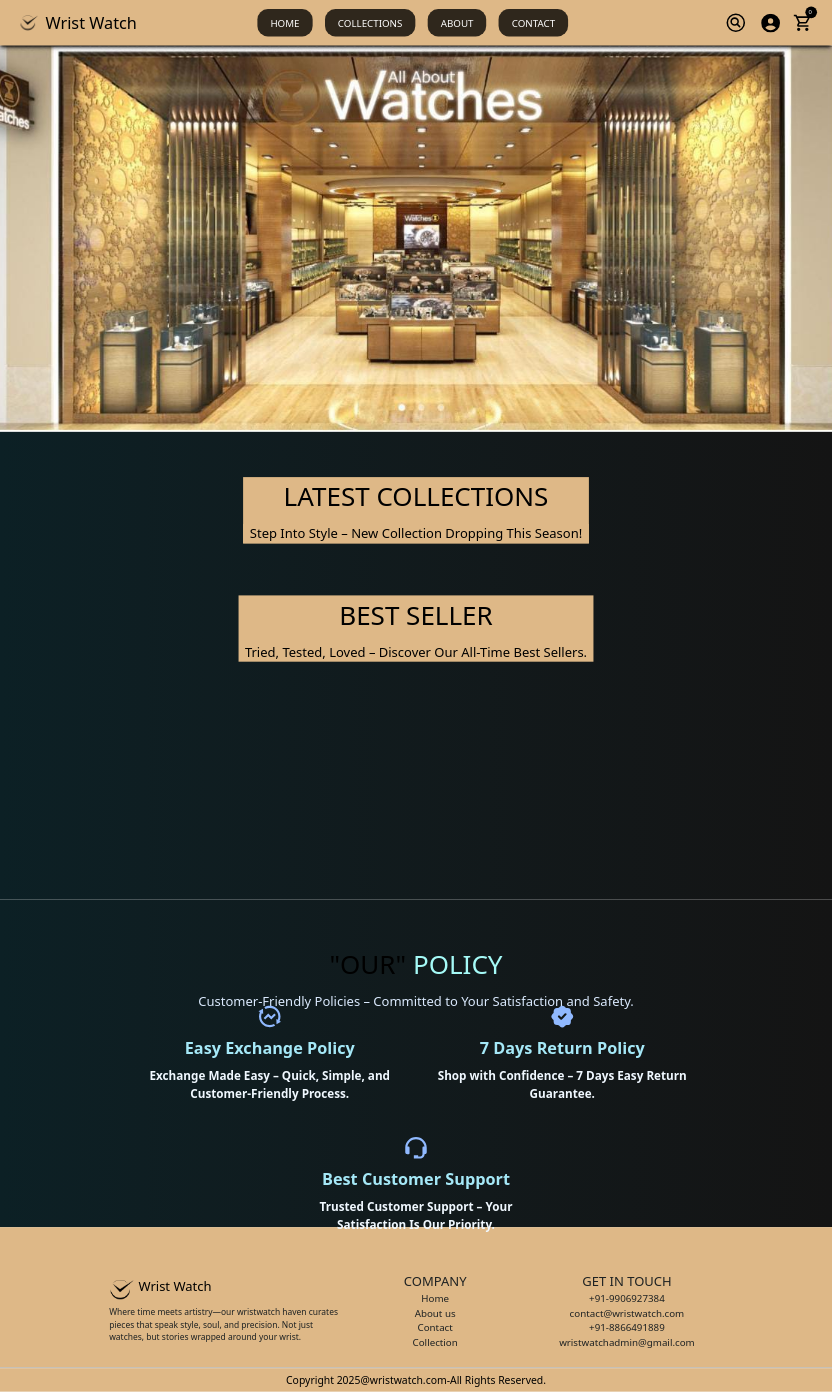
Repository: mansibhanushali/online_watch_ecommerce_mernstack_webapplication
Page: / (app in frontend/)
An editor plug-in stored every save of this project. The page is shown before and after the next save, followed by the edit.
The browser window is 1280 px wide. The pictures show the whole page, at 65% of full size.
The page's requests for data from a server got no answer. The project was rebuilt for these pictures with package versions that can differ from the ones it lists, and the page was loaded fresh each time. No one was signed in, and anything a server would have sent is missing. Also part of the build but not shown: frontend/vite.config.js, frontend/src/component/Loading.jsx, frontend/src/pages/Registration.jsx, frontend/src/component/Card.jsx, frontend/src/pages/Login.jsx, frontend/src/pages/About.jsx, frontend/src/pages/Collections.jsx, frontend/src/pages/Contact.jsx and 6 more.

Above is the page before, as saved 2025-08-16 16:54:12.

### frontend/index.html
<!doctype html>
<html lang="en">
  <head>
    <meta charset="UTF-8" />
    <link rel="icon" type="image/svg+xml" href="\logo1.png" />
    <meta name="viewport" content="width=device-width, initial-scale=1.0" />
    <title>Wristwatch</title>
  </head>
  <body>
    <div id="root"></div>
    <script type="module" src="/src/main.jsx"></script>
  </body>
</html>

### frontend/src/main.jsx
// src/main.jsx
import React from 'react';
import { createRoot } from 'react-dom/client';
import { BrowserRouter } from 'react-router-dom';
import './index.css';

import App from './App.jsx';
import AuthContext from './context/authContext.jsx';
import UserContextProvider from './context/UserContext.jsx';
import ShopContext from './context/ShopContext.jsx';

createRoot(document.getElementById('root')).render(
  <React.StrictMode>
    <BrowserRouter>
      <AuthContext>
        <UserContextProvider>
          <ShopContext>
            <App />
          </ShopContext>
        </UserContextProvider>
      </AuthContext>
    </BrowserRouter>
  </React.StrictMode>
);

### frontend/src/index.css
@import "tailwindcss";

body {
  @apply bg-white min-h-screen;
}

### frontend/src/App.jsx
import React, { useContext } from 'react';
import { Navigate, Route, Routes, useLocation } from 'react-router-dom';
import Registration from './pages/Registration';
import Home from './pages/Home';
import Login from './pages/Login';
import Nav from './component/Nav';
import { userDataContext } from './context/UserContext';
import About from './pages/About';
import Collections from './pages/Collections';
import Product from './pages/Product';
import Contact from './pages/Contact';
import ProductDetail from './pages/ProductDetail';
import Cart from './pages/Cart';
import PlaceOrder from './pages/PlaceOrder';
import Order from './pages/Order';
import { ToastContainer } from 'react-toastify';
import NotFound from './pages/NotFound';

function App() {
  const { userData } = useContext(userDataContext);
  const location = useLocation();

  // Protected route wrapper
  const ProtectedRoute = (Component) => {
    return userData ? (
      Component
    ) : (
      <Navigate to="/login" state={{ from: location.pathname }} />
    );
  };

  return (
    <>
      <ToastContainer />
      <Nav />
      <Routes>
        {/* Public Routes */}
        <Route path="/" element={<Home />} />
        <Route path="/about" element={<About />} />
        <Route path="/collection" element={<Collections />} />
        <Route path="/collection/:category" element={<Collections />} />
        <Route path="/product" element={<Product />} />
        <Route path="/contact" element={<Contact />} />

        {/* Auth Routes */}
        <Route
          path="/login"
          element={
            userData ? (
              <Navigate to={location.state?.from || '/'} />
            ) : (
              <Login />
            )
          }
        />
        <Route
          path="/signup"
          element={
            userData ? (
              <Navigate to={location.state?.from || '/'} />
            ) : (
              <Registration />
            )
          }
        />

        {/* Protected Routes */}
        <Route
          path="/productdetail/:productId"
          element={ProtectedRoute(<ProductDetail />)}
        />
        <Route path="/cart" element={ProtectedRoute(<Cart />)} />
        <Route path="/placeorder" element={ProtectedRoute(<PlaceOrder />)} />
        <Route path="/order" element={ProtectedRoute(<Order />)} />

        {/* 404 Fallback */}
        <Route path="*" element={<NotFound />} />
      </Routes>
    </>
  );
}

export default App;

### frontend/src/context/AuthContext.jsx
// src/context/AuthContext.jsx
import React, { createContext, useReducer, useEffect } from "react";
import axios from "axios";

const initialState = {
  user: null,
  token: null,
  isAuthenticated: false,
};

function reducer(state, action) {
  switch (action.type) {
    case "LOGIN":
      return {
        ...state,
        user: action.payload.user,
        token: action.payload.token,
        isAuthenticated: true,
      };
    case "LOGOUT":
      return initialState;
    default:
      return state;
  }
}

export const authDataContext = createContext();

function AuthContext({ children }) {
  const serverUrl = "http://localhost:8000";

  const [state, dispatch] = useReducer(reducer, initialState, () => {
    const token = localStorage.getItem("token");
    const user = localStorage.getItem("user");
    return token && user
      ? { token, user: JSON.parse(user), isAuthenticated: true }
      : initialState;
  });

  // axios defaults setup (runs whenever token changes)
  useEffect(() => {
    axios.defaults.baseURL = serverUrl;
    axios.defaults.withCredentials = true;

    if (state.token) {
      axios.defaults.headers.common["Authorization"] = `Bearer ${state.token}`;
      localStorage.setItem("token", state.token);
      localStorage.setItem("user", JSON.stringify(state.user));
    } else {
      delete axios.defaults.headers.common["Authorization"];
      localStorage.removeItem("token");
      localStorage.removeItem("user");
    }
  }, [state.token, state.user]);

  // Fetch current user from backend
  const fetchCurrentUser = async (token) => {
    try {
      const res = await axios.get("/api/user/getcurrentuser", {
        headers: { Authorization: `Bearer ${token}` }
      });
      return res.data;
    } catch (err) {
      console.error("Fetch current user error:", err.response?.data || err.message);
      return null;
    }
  };

  // Login and fetch user
  const login = async ({ token }) => {
    const user = await fetchCurrentUser(token);
    if (user) {
      dispatch({ type: "LOGIN", payload: { token, user } });
    }
  };

  const logout = () => dispatch({ type: "LOGOUT" });

  // Auto login when page refreshes
  useEffect(() => {
    const autoLogin = async () => {
      if (state.token && !state.user) {
        const user = await fetchCurrentUser(state.token);
        if (user) {
          dispatch({ type: "LOGIN", payload: { token: state.token, user } });
        }
      }
    };
    autoLogin();
  }, []);

  return (
    <authDataContext.Provider value={{ serverUrl, ...state, login, logout }}>
      {children}
    </authDataContext.Provider>
  );
}

export default AuthContext;

### frontend/src/context/UserContext.jsx
// src/context/UserContext.jsx
import React, { createContext, useContext, useEffect, useState } from 'react';
import { authDataContext } from './AuthContext';
import axios from 'axios';

export const userDataContext = createContext();

function UserContextProvider({ children }) {
  const [userData, setUserData] = useState(null);
  const { serverUrl } = useContext(authDataContext);

  const getCurrentUser = async () => {
    try {
      // ✅ Cookie-based request
      const result = await axios.get(`${serverUrl}/api/user/getcurrentuser`, {
        withCredentials: true, // Cookie automatically send होगी
      });

      if (result.data?.success) {
        setUserData(result.data.user);
      } else {
        setUserData(null);
      }
    } catch (error) {
      setUserData(null);
      console.error("getCurrentUser error:", error);
    }
  };

  // 🔹 Page load pe call
  useEffect(() => {
    getCurrentUser();
  }, []);

  return (
    <userDataContext.Provider value={{ userData, setUserData, getCurrentUser }}>
      {children}
    </userDataContext.Provider>
  );
}

export default UserContextProvider;

### frontend/src/context/ShopContext.jsx
import React, { createContext, useContext, useEffect, useState, useCallback } from 'react';
import { authDataContext } from './authContext';
import { userDataContext } from './UserContext';
import axios from 'axios';
import { toast } from 'react-toastify';

export const shopDataContext = createContext();

function ShopContextProvider({ children }) {
  const [products, setProducts] = useState([]);
  const [search, setSearch] = useState('');
  const { userData } = useContext(userDataContext);
  const [showSearch, setShowSearch] = useState(false);
  const { serverUrl } = useContext(authDataContext);
  const [cartItem, setCartItem] = useState({});
  const [loading, setLoading] = useState(false);
  const [token, setToken] = useState(localStorage.getItem("token") || "");

  const currency = '₹';
  const delivery_fee = 40;

  // token sync
  useEffect(() => {
    const savedToken = localStorage.getItem("token");
    if (savedToken) {
      setToken(savedToken);
    }
  }, []);

  // ✅ Get products
  const getProducts = useCallback(async () => {
    if (!serverUrl) return;
    try {
      const result = await axios.get(`${serverUrl}/api/product/list`);
      setProducts(result.data);
    } catch (error) {
      console.error("Get Products Error:", error);
    }
  }, [serverUrl]);

  // ✅ Add to cart
  const addtoCart = async (itemId) => {
    let cartData = structuredClone(cartItem);
    cartData[itemId] = (cartData[itemId] || 0) + 1;
    setCartItem(cartData);

    if (userData && token) {
      setLoading(true);
      try {
        await axios.post(
          `${serverUrl}/api/cart/add`,
          { itemId },
          {
            headers: { Authorization: `Bearer ${token}` },
            withCredentials: true
          }
        );
      } catch (error) {
        console.error(error);
        toast.error("Add Cart Error");
      } finally {
        setLoading(false);
      }
    }
  };

  // ✅ Get user cart
  const getUserCart = useCallback(async () => {
    if (!token || !serverUrl) return;
    try {
      const result = await axios.post(
        `${serverUrl}/api/cart/get`,
        {},
        {
          headers: { Authorization: `Bearer ${token}` },
          withCredentials: true
        }
      );
      setCartItem(result.data || {});
    } catch (error) {
      console.error("Get User Cart Error:", error);
    }
  }, [serverUrl, token]);

  // ✅ Update cart item quantity
  const updateQuantity = async (itemId, quantity) => {
    let cartData = structuredClone(cartItem);
    cartData[itemId] = quantity;
    setCartItem(cartData);

    if (userData && token) {
      try {
        await axios.post(
          `${serverUrl}/api/cart/update`,
          { itemId, quantity },
          {
            headers: { Authorization: `Bearer ${token}` },
            withCredentials: true
          }
        );
      } catch (error) {
        console.error(error);
      }
    }
  };

  // ✅ Total cart items count
  const getCartCount = () => {
    return Object.values(cartItem).reduce((acc, qty) => acc + qty, 0);
  };

  // ✅ Total cart amount
  const getCartAmount = () => {
    let totalAmount = 0;
    for (const itemId in cartItem) {
      let itemInfo = products.find((product) => product._id === itemId);
      if (itemInfo && cartItem[itemId] > 0) {
        totalAmount += itemInfo.price * cartItem[itemId];
      }
    }
    return totalAmount;
  };

  // Fetch products and cart
  useEffect(() => {
    getProducts();
  }, [getProducts]);

  useEffect(() => {
    getUserCart();
  }, [getUserCart]);

  let value = {
    products,
    currency,
    delivery_fee,
    getProducts,
    search,
    setSearch,
    showSearch,
    setShowSearch,
    cartItem,
    addtoCart,
    getCartCount,
    setCartItem,
    updateQuantity,
    getCartAmount,
    loading,
    serverUrl,
    setToken,
    token
  };

  return (
    <shopDataContext.Provider value={value}>
      {children}
    </shopDataContext.Provider>
  );
}

export default ShopContextProvider;

### frontend/src/pages/Home.jsx
import React, { useState, useEffect } from 'react'
import Backgound from '../component/Backgound'
import Product from './Product'
import OurPolicy from '../component/OurPolicy'
import Footer from '../component/Footer'

function Home() {
  let [heroCount, setHeroCount] = useState(0)

  useEffect(() => {
    let interval = setInterval(() => {
      setHeroCount(prevCount => (prevCount === 3 ? 0 : prevCount + 1))
    }, 3000)
    return () => clearInterval(interval)
  }, [])

  return (
    <div className="overflow-x-hidden relative top-[70px]">
      <div className="w-[100vw] lg:h-[55vh] md:h-[50vh] sm:h-[30vh] bg-gradient-to-l from-[burlwood] to-[burlywood]">
        <Backgound heroCount={heroCount} />
      </div>
      <Product />
      <OurPolicy />
      <Footer />
    </div>
  )
}

export default Home

### frontend/src/pages/Product.jsx
import React from 'react'
import LatestCollection from '../component/LatestCollection'
import BestSeller from '../component/BestSeller'

function Product() {
  return (
    <div className='w-[100vw] min-h-[100vh] bg-gradient-to-l from-[#141414] to-[#0c2025] flex items-center justify-start flex-col py-[20px]'>

        <div className='w-[100%] min-h-[70px] flex items-center justify-center gap-[10px]  flex-col '>
            <LatestCollection/>
        </div>
        <div className='w-[100%] min-h-[70px] flex items-center justify-center gap-[10px]  flex-col '>
            <BestSeller/>
        </div>

    </div>
  )
}

export default Product

### frontend/src/component/Backgound.jsx
import React from 'react'
import back1 from "../assets/back1.jpg"

function Background() {
  return (
    <img
      src={back1}
      alt="background"
      className="w-[100%] h-[150%] float-left overflow-auto object-cover"
    />
  )
}

export default Background

### frontend/src/component/OurPolicy.jsx
import React from 'react'
import Title from './Title'
import { RiExchangeFundsLine } from "react-icons/ri";
import { TbRosetteDiscountCheckFilled } from "react-icons/tb";
import { BiSupport } from "react-icons/bi";

function OurPolicy() {
  return (
    <div className='w-[100vw] h-[100vh] md:h-[70vh] flex items-center justify-start flex-col  bg-gradient-to-l from-[#141414] to-[#0c2025] gap-[50px] '>
        <div className='h-[8%] w-[100%] text-center mt-[70px] '>
            <Title text1={<span className='text-[black]'>"OUR"</span>} text2={"POLICY"}/>
            <p className='w-[100%] m-auto text-[13px] md:text-[20px] px-[10px] text-blue-100 '>Customer-Friendly Policies – Committed to Your Satisfaction and Safety.</p>
        </div>
      <div className='w-[100%] md:min-h-[50%] h-[20%] flex items-center justify-center flex-wrap lg:gap-[50px] gap-[80px]'>
        <div className='w-[400px] max-w-[90%] h-[60%] flex items-center justify-center flex-col gap-[10px] '>
        <RiExchangeFundsLine  className='md:w-[60px] w-[30px] h-[30px] md:h-[60px] text-[#90b9ff]'/>
        <p className='font-semibold md:text-[25px] text-[19px] text-[#a5e8f7]'>Easy Exchange Policy</p>
        <p className='font-semibold md:text-[18px] text-[12px] text-[aliceblue] text-center'>Exchange Made Easy – Quick, Simple, and Customer-Friendly Process.</p>

        </div>
        <div className='w-[400px] max-w-[90%] h-[60%] flex items-center justify-center flex-col gap-[10px] '>
        <TbRosetteDiscountCheckFilled  className='md:w-[60px] w-[30px] h-[30px] md:h-[60px] text-[#90b9ff]'/>
        <p className='font-semibold md:text-[25px] text-[19px] text-[#a5e8f7]'>7 Days Return Policy</p>
        <p className='font-semibold md:text-[18px] text-[12px] text-[aliceblue] text-center'>Shop with Confidence – 7 Days Easy Return Guarantee.</p>

        </div>
        <div className='w-[400px] max-w-[90%] h-[60%] flex items-center justify-center flex-col gap-[10px] '>
        <BiSupport  className='md:w-[60px] w-[30px] h-[30px] md:h-[60px] text-[#90b9ff]'/>
        <p className='font-semibold md:text-[25px] text-[19px] text-[#a5e8f7]'>Best Customer Support</p>
        <p className='font-semibold md:text-[18px] text-[12px] text-[aliceblue] text-center'>Trusted Customer Support – Your Satisfaction Is Our Priority.</p>

        </div>
      </div>
    </div>
  )
}

export default OurPolicy

### frontend/src/component/Footer.jsx
import React from 'react'
import logo from "../assets/logo.png"
function Footer() {
  return (
    <div className='w-[100%] md:h-[36vh] h-[21vh] mb-[77px] md:mb-[0px]'>
        <div className='w-[100%] md:h-[30vh] h-[15vh]  md:mb-[0px] bg-[burlywood] flex items-center justify-center md:px-[50px] px-[5px]'>
            <div className='md:w-[30%] w-[35%] h-[100%] flex items-start justify-center flex-col gap-[5px]  '>
                <div className='flex items-start justify-start gap-[5px] mt-[10px] md:mt-[40px]'>
                    <img src={logo} alt=""  className='md:w-[40px] md:h-[40px] w-[30px] h-[30px]'/>
                    <p className='text-[19px] md:text-[20px] text-[black] '>Wrist Watch</p>

                </div>
                <p className='text-[13px] text-[#1e2223] hidden md:block'>Where time meets artistry—our wristwatch haven curates pieces that speak style, soul, and precision. Not just watches, but stories wrapped around your wrist.</p>
                    <p className='text-[15px] text-[#1e2223] flex md:hidden'>Fast Easy Reliable</p>


            </div>
            <div className='md:w-[25%] w-[30%] h-[100%] flex items-center justify-center flex-col text-center'>
                    <div className='flex items-center justify-center gap-[5px] mt-[10px] md:mt-[40px]'>
                        <p className='text-[19px] md:text-[20px] text-[#1e2223] font-sans '>COMPANY</p>

                    </div>
                    <ul>
                         <li className='text-[15px] text-[#1e2223] hidden md:block cursor-pointer'>Home</li>
                        <li className='text-[15px] text-[#1e2223] cursor-pointer '>About us</li>
                        <li className='text-[15px] text-[#1e2223] cursor-pointer '>Contact</li>
                        <li className='text-[15px] text-[#1e2223] cursor-pointer '>Collection</li>
                    </ul>
                </div>

                <div className='md:w-[25%] w-[40%]  h-[100%] flex items-center justify-center flex-col text-center '>
                     <div className='flex items-center justify-center gap-[5px] mt-[10px] md:mt-[40px]'>
                        <p className='text-[19px] md:text-[20px] text-[#1e2223] font-sans '>GET IN TOUCH</p>

                    </div>
                     <ul>
                         <li className='text-[15px] text-[#1e2223] '>+91-9906927384</li>
                        <li className='text-[15px] text-[#1e2223] '>contact@wristwatch.com</li>
                        <li className='text-[15px] text-[#1e2223] hidden md:block'>+91-8866491889</li>
                        <li className='text-[15px] text-[#1e2223] hidden md:block'>wristwatchadmin@gmail.com</li>
                    </ul>
                </div>

        </div>
        <div className='w-[100%] h-[1px] bg-slate-400'></div>
        <div className='w-[100%] h-[5vh] bg-[burlywood] flex items-center justify-center'>Copyright 2025@wristwatch.com-All Rights Reserved.</div>

    </div>
  )
}

export default Footer

### frontend/src/component/LatestCollection.jsx
import React, { useContext, useEffect, useState } from 'react'
import Title from './Title'
import { shopDataContext } from '../context/ShopContext'
import Card from './Card'

function LatestCollection() {
    let {products} = useContext(shopDataContext)
    let [latestProducts,setLatestProducts] = useState([])

    useEffect(()=>{
    setLatestProducts(products.slice(0,8));
    },[products])

  return (
    <div>
      <div className='h-[8%] w-[100%] text-center md:mt-[50px] bg-[burlywood]'>
        <Title text1={<span className='text-black'>LATEST</span>} text2={<span className='text-black'>COLLECTIONS</span>}/>
        <p className='w-[100%] m-auto text-[13px] md:text-[20px] px-[10px] text-black bg-[burlywood]'>Step Into Style – New Collection Dropping This Season!</p>
      </div>
      <div className='w-[100%] h-[50%] mt-[30px] flex items-center justify-center flex-wrap gap-[50px] bg-[burlywood]'>
        {
            latestProducts.map((item,index)=>(
                <Card key={index} name={item.name} image={item.image} id={item._id} price={item.price}/>
            ))
        }

        </div>
    </div>
  )
}

export default LatestCollection

### frontend/src/component/BestSeller.jsx
import React, { useContext, useEffect, useState } from 'react';
import Title from './Title';
import { shopDataContext } from '../context/ShopContext';
import Card from './Card';

function BestSeller() {
  let { products, serverUrl } = useContext(shopDataContext);
  let [bestSeller, setBestSeller] = useState([]);

  useEffect(() => {
    let filterProduct = products.filter((item) => item.bestseller);
    setBestSeller(filterProduct.slice(0, 4));
  }, [products]);

  // Function to build correct image URL
  const getImageUrl = (img) => {
    if (!img) return "https://via.placeholder.com/300x300?text=No+Image"; // fallback
    return img.startsWith("http") ? img : `${serverUrl}/uploads/${img}`;
  };

  return (
    <div>
      <div className="h-[8%] w-[100%] text-center mt-[50px] bg-[burlywood]">
        <Title text1={<span className='text-black'>BEST</span>} text2={<span className='text-black'>SELLER</span>} />
        <p className="w-[100%] m-auto text-[13px] md:text-[20px] px-[10px] text-black">
          Tried, Tested, Loved – Discover Our All-Time Best Sellers.
        </p>
      </div>

      <div className="w-[100%] h-[50%] mt-[30px] flex items-center justify-center flex-wrap gap-[50px] bg-[burlywood]">
        {bestSeller.map((item, index) => (
          <Card
            key={index}
            name={item.name}
            id={item._id}
            price={item.price}
            image={getImageUrl(item.image)}
          />
        ))}
      </div>
    </div>
  );
}

export default BestSeller;

Loaded but not shown: frontend/src/component/Title.jsx (common file); frontend/src/component/Nav.jsx (137 lines, source omitted)

After the next save:
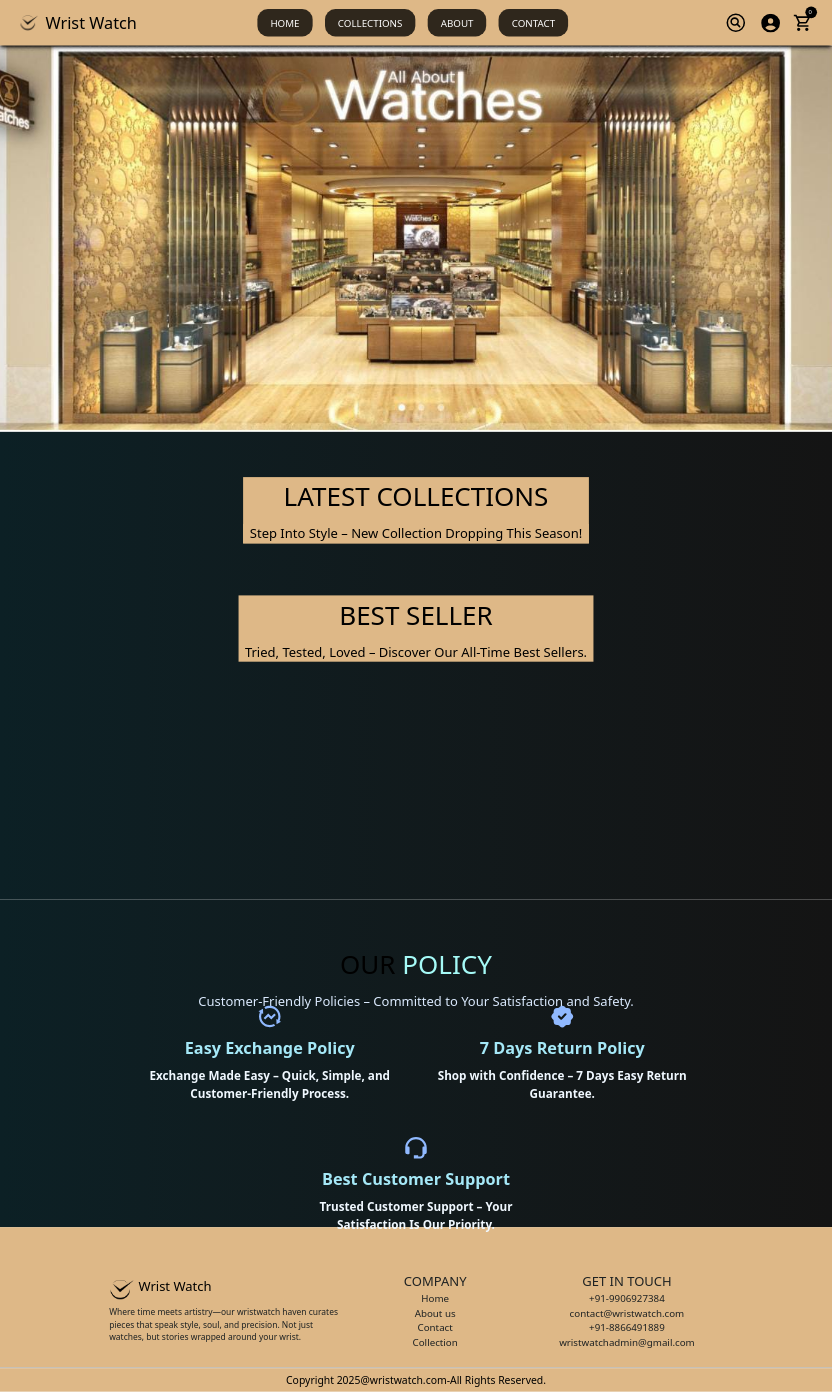
Saved 10 s later.
--- a/frontend/src/component/OurPolicy.jsx
+++ b/frontend/src/component/OurPolicy.jsx
@@ -8,7 +8,7 @@ function OurPolicy() {
   return (
     <div className='w-[100vw] h-[100vh] md:h-[70vh] flex items-center justify-start flex-col  bg-gradient-to-l from-[#141414] to-[#0c2025] gap-[50px] '>
         <div className='h-[8%] w-[100%] text-center mt-[70px] '>
-            <Title text1={<span className='text-[black]'>"OUR"</span>} text2={"POLICY"}/>
+            <Title text1={<span className='text-[black]'>OUR</span>} text2={"POLICY"}/>
             <p className='w-[100%] m-auto text-[13px] md:text-[20px] px-[10px] text-blue-100 '>Customer-Friendly Policies – Committed to Your Satisfaction and Safety.</p>
         </div>
       <div className='w-[100%] md:min-h-[50%] h-[20%] flex items-center justify-center flex-wrap lg:gap-[50px] gap-[80px]'>
